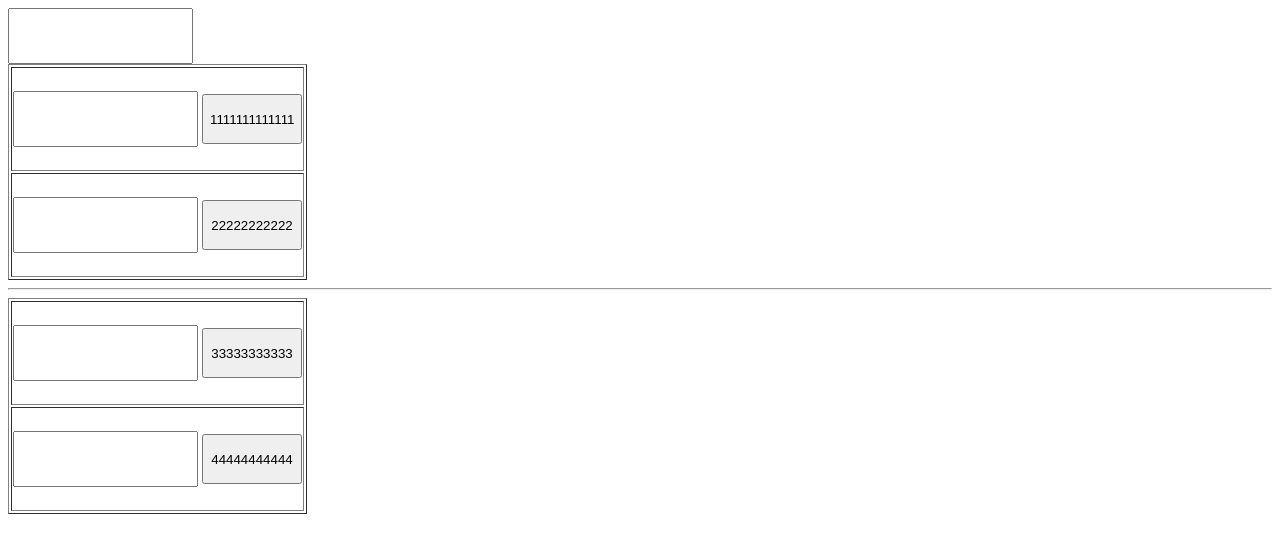
Repository: womss/sexyguy
Page: Spring/Feb14_1_jQuery/WebContent/2_DOM_Select.html
These files come from the project's save history. The page is drawn as it stood at one moment and after the next save; the edit follows.
The browser window is 1280 px wide. The pictures show the whole page.

Above is the page before, as saved 2025-02-14 02:51:00.

### Spring/Feb14_1_jQuery/WebContent/2_DOM_Select.html
<!DOCTYPE html>
<html>
<head>
<meta charset="UTF-8">
<title>Insert title here</title>
<style type="text/css">
	td {height: 100px;}
	input {height: 50px;}
	button {width: 100px; height: 50px;}

</style>
<script type="text/javascript" src="jQuery.js"></script>
<script type="text/javascript">
	$(function() {
		// alert('asdf');

		// 선택자를 지정하지 않았을 때 특정 DOM객체를 어떻게 찾아낼 것인가?
		$("button").click(function() {

			// $(this) : 클릭이벤트의 발생함수(콜백함수)를 호출한 장본인
			//			누른 버튼만 해당하는 명령을 실행하도록!
			$(this).css("background-color", "red");

			// 누른 버튼이 있는 td에 배경색을 주기

			// $("td").css("background-color", "teal");
			// parent() : 내가 누른 this의 한단계 상위 DOM객체
			//		cf) 한단계 하위 객체 : children()
			$(this).parent().css("background-color", "teal");


			// 누른 버튼이 있는 table의 테두리를 파란색으로
			// $(this).parent().parent().parent().parent().css("border", "blue solid 3px");

			// closest("CSS선택자") : 상위에 있는 것 중에서 가장 가까운 CSS선택자
			//		cf) find("CSS선택자") : 하위객체 중에서 특정한(CSS선택자) 것
			$(this).closest("table").css("border", "blue solid 3px");
		});
		// td를 클릭했을 때 누른 td의 배경색을 노란색@
		// td를 클릭했을 때 그 td속에 있는 모든 것들의 배경색을 핑크색@
		// td를 클릭했을 때 그 td속에 들어있는 버튼의 테두리색 (색자유)

		// input에 쓴 글자가(입력하고 버튼 눌렀을 때)
		//	해당 input과 동일선상에 있는 button의 글자색이 되도록
		$("td").click(function() {
			$(this).css("background-color", "yellow");
			$(this).children().css("background-color", "pink");
			$(this).find("button").css("border", "orange solid 3px");


		});






	});
</script>
</head>
<body>
	<input id="ip">
	<table border="1">
		<tr><td><input> <button>1111111111111</button></td></tr>
		<tr><td><input> <button>22222222222</button></td></tr>
	</table>
	<hr>
	<table border="1">
		<tr><td><input> <button>33333333333</button></td></tr>
		<tr><td><input> <button>44444444444</button></td></tr>
	</table>
</body>
</html>

Loaded but not shown: Spring/Feb14_1_jQuery/WebContent/jQuery.js (library)

After the next save:
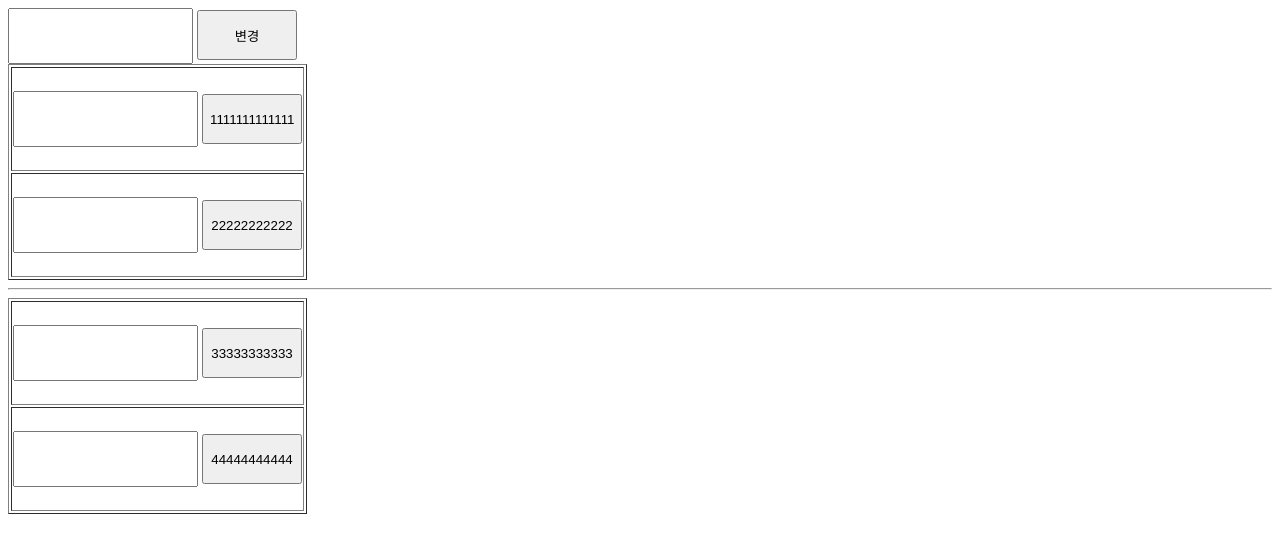
Saved 16 s later.
--- a/Spring/Feb14_1_jQuery/WebContent/2_DOM_Select.html
+++ b/Spring/Feb14_1_jQuery/WebContent/2_DOM_Select.html
@@ -60,6 +60,7 @@
 </head>
 <body>
 	<input id="ip">
+	<button>변경</button>
 	<table border="1">
 		<tr><td><input> <button>1111111111111</button></td></tr>
 		<tr><td><input> <button>22222222222</button></td></tr>
